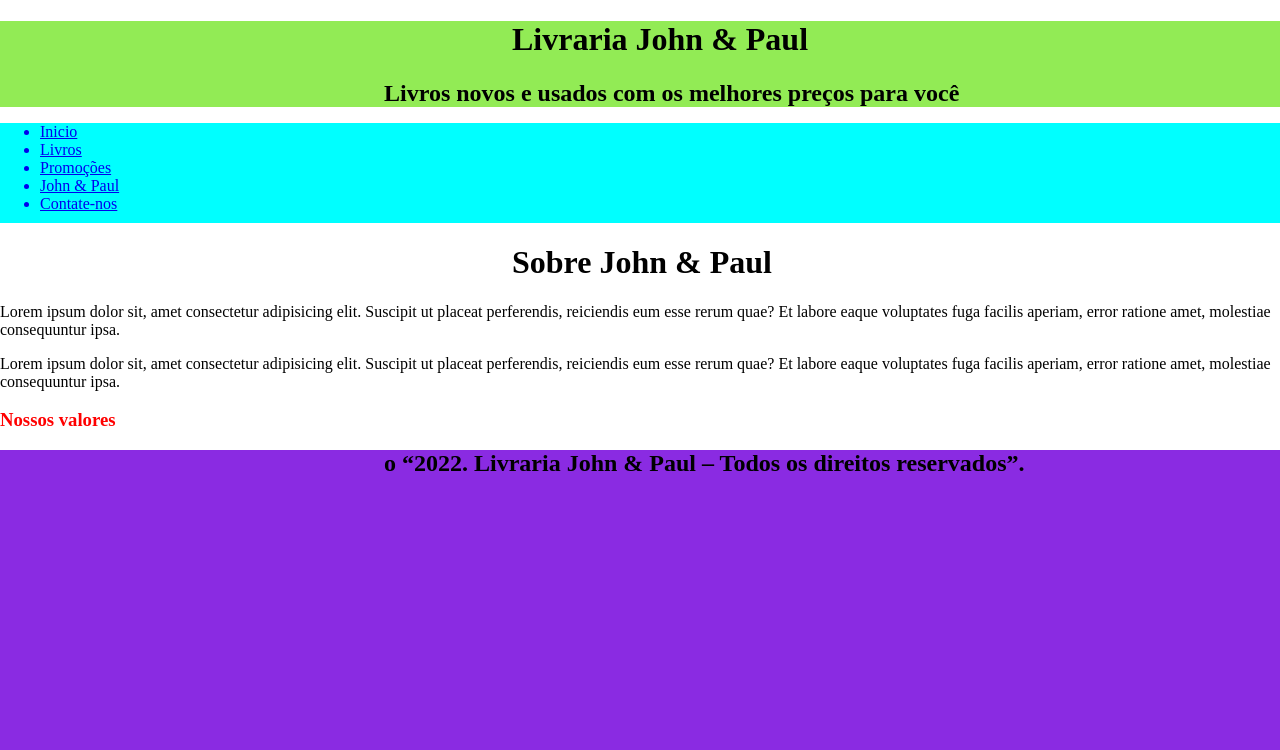
Repository: MarcoantonioCaldeira/Aprendizados-e-Conhecimentos
Page: Projeto-livraria/pages/sobre.html
The author's editor kept a copy of each file at every save. The page is drawn from the files as they stood at one save, then again after the next save.
The browser window is 1280 px wide. The pictures show the whole page.

Above is the page before, as saved 2022-05-25 13:21:38.

### Projeto-livraria/pages/sobre.html
<!DOCTYPE html>
<html lang="pt-BR">
    <head>
       <meta charset="utf-8">
       <link rel="stylesheet" href="../css/estilo.css">
       <title>Projeto livraria</title>
    </head>
    <body>
        <div id="topo">
            <h1>Livraria John & Paul</h1>
            <h2>Livros novos e usados com os melhores preços para você</h2>
        </div>

        <div id="menu">
            <ul>
                <a href="#"><li>Inicio</li></a>
                <a href="#"><li>Livros</li></a>
                <a href="#"><li>Promoções</li></a>
                <a href="pages/sobre.html"><li>John & Paul</li></a>
                <a href="#"><li>Contate-nos</li></a>
            </ul>
        </div>

        <div class="Sobre">
            <h1>Sobre John & Paul</h1>

            <p>Lorem ipsum dolor sit, amet consectetur adipisicing elit. Suscipit
              ut placeat perferendis, reiciendis eum esse rerum quae? Et labore
              eaque voluptates fuga facilis aperiam, error ratione amet, molestiae
              consequuntur ipsa.</p>

            <p>Lorem ipsum dolor sit, amet consectetur adipisicing elit. Suscipit
              ut placeat perferendis, reiciendis eum esse rerum quae? Et labore
              eaque voluptates fuga facilis aperiam, error ratione amet, molestiae
              consequuntur ipsa.</p>


            <h3 style="color:red;">Nossos valores</h3>



        </div>
        <div id="rodape">
            <h2>o “2022. Livraria John & Paul – Todos os direitos reservados”.</h2>
        </div>
    </body>
</html>

### Projeto-livraria/css/estilo.css
body, body, h2{
    margin: 0;
    padding: 0;
}

#topo{
    width: 100%;
    height: 10%;
    background-color: rgba(120, 231, 45, 0.808);
}

#menu{
    background-color: aqua;
    width: 100%;
    height: 100px;
}

.destaques{
    background-color: rgb(21, 64, 204);
    width: 100%;
    height: 2500px;
}

h1{
    margin-left: 40%;
}

h2{
    margin-left: 30%;
}

#rodape{
    width: 100%;
    height: 300px;
    background-color: blueviolet;

}

After the next save:
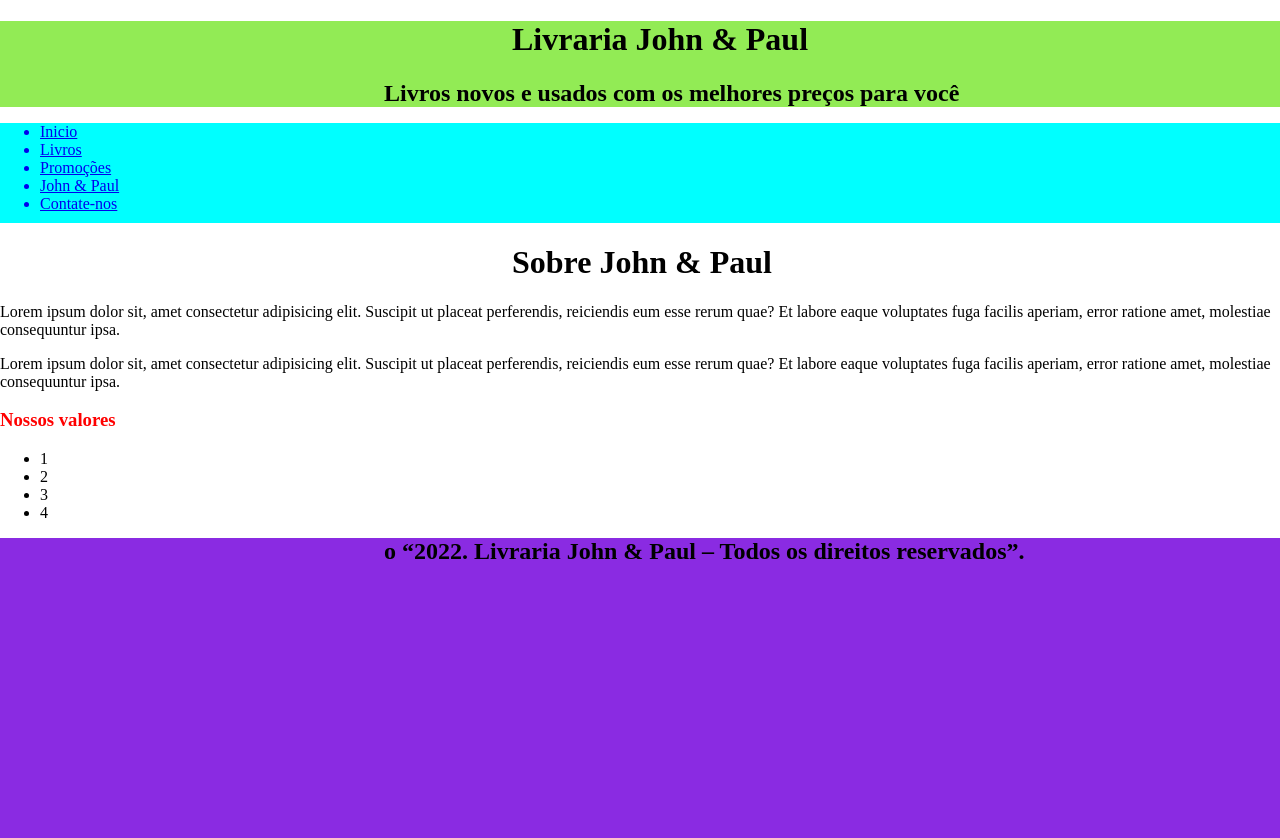
Saved 2 min 10 s later.
--- a/Projeto-livraria/pages/sobre.html
+++ b/Projeto-livraria/pages/sobre.html
@@ -37,8 +37,12 @@
 
             <h3 style="color:red;">Nossos valores</h3>
 
-
-
+            <ul>
+              <li>1</li>
+              <li>2</li>
+              <li>3</li>
+              <li>4</li>
+            </ul>
         </div>
         <div id="rodape">
             <h2>o “2022. Livraria John & Paul – Todos os direitos reservados”.</h2>
